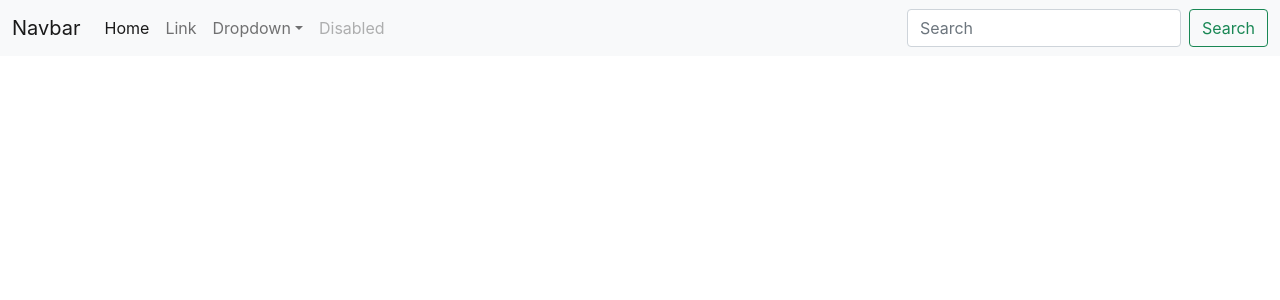
Repository: Sanjayjangra88/online_shop
Page: /products
The author's editor kept a copy of each file at every save. The page is drawn from the files as they stood at one save, then again after the next save.
The browser window is 1280 px wide. The pictures show the whole page.
The project was rebuilt for these pictures with package versions that can differ from the ones it lists, and the page was loaded fresh each time. Also part of the build but not shown: src/App.css.

Above is the page before, as saved 2022-03-29 19:08:38.

### public/index.html
<!DOCTYPE html>
<html lang="en">
  <head>
    <meta charset="utf-8" />
    <link rel="icon" href="%PUBLIC_URL%/favicon.ico" />
    <meta name="viewport" content="width=device-width, initial-scale=1" />
    <meta name="theme-color" content="#000000" />
    <meta
      name="description"
      content="Web site created using create-react-app"
    />
    <link rel="apple-touch-icon" href="%PUBLIC_URL%/logo192.png" />
    <!--
      manifest.json provides metadata used when your web app is installed on a
      user's mobile device or desktop. See https://developers.google.com/web/fundamentals/web-app-manifest/
    -->
    <link rel="manifest" href="%PUBLIC_URL%/manifest.json" />
    <link href="https://cdn.jsdelivr.net/npm/bootstrap@5.0.2/dist/css/bootstrap.min.css" rel="stylesheet" integrity="sha384-EVSTQN3/azprG1Anm3QDgpJLIm9Nao0Yz1ztcQTwFspd3yD65VohhpuuCOmLASjC" crossorigin="anonymous">
    <!--
      Notice the use of %PUBLIC_URL% in the tags above.
      It will be replaced with the URL of the `public` folder during the build.
      Only files inside the `public` folder can be referenced from the HTML.

      Unlike "/favicon.ico" or "favicon.ico", "%PUBLIC_URL%/favicon.ico" will
      work correctly both with client-side routing and a non-root public URL.
      Learn how to configure a non-root public URL by running `npm run build`.
    -->
    <title>STATE BANK OF SANJAY</title>
  </head>
  <body>
    <noscript>You need to enable JavaScript to run this app.</noscript>
    <div id="root"></div>
    <script src="https://cdn.jsdelivr.net/npm/bootstrap@5.0.2/dist/js/bootstrap.bundle.min.js" integrity="sha384-MrcW6ZMFYlzcLA8Nl+NtUVF0sA7MsXsP1UyJoMp4YLEuNSfAP+JcXn/tWtIaxVXM" crossorigin="anonymous"></script>
    <!--
      This HTML file is a template.
      If you open it directly in the browser, you will see an empty page.

      You can add webfonts, meta tags, or analytics to this file.
      The build step will place the bundled scripts into the <body> tag.

      To begin the development, run `npm start` or `yarn start`.
      To create a production bundle, use `npm run build` or `yarn build`.
    -->

  </body>
</html>

### src/index.js
import React from 'react';
import ReactDOM from 'react-dom';
import './index.css';
import App from './App';
import reportWebVitals from './reportWebVitals';
// import { Provider } from 'react-redux';
// import { store } from './State/store';

// ReactDOM.render(
//   <React.StrictMode>
//     {/* <Provider store={store}> */}
//     <App />
//     {/* </Provider> */}
//   </React.StrictMode>,
//   document.getElementById('root')
// );


ReactDOM.render(
  <React.StrictMode>
    <App />
  </React.StrictMode>,
  document.getElementById("root")
);


// If you want to start measuring performance in your app, pass a function
// to log results (for example: reportWebVitals(console.log))
// or send to an analytics endpoint. Learn more: https://bit.ly/CRA-vitals
reportWebVitals();

### src/App.js

import './App.css';
import Navbar from './components2/Navbar';



function App() {
  return (
    <>
  <Navbar/>
    </>
  );
}

export default App;

### src/components2/Navbar.js
import React from 'react'

function Navbar() {
  return (
    <div>
      <nav className="navbar navbar-expand-lg navbar-light bg-light">
  <div className="container-fluid">
    <a className="navbar-brand" href="#">Navbar</a>
    <button className="navbar-toggler" type="button" data-bs-toggle="collapse" data-bs-target="#navbarSupportedContent" aria-controls="navbarSupportedContent" aria-expanded="false" aria-label="Toggle navigation">
      <span className="navbar-toggler-icon"></span>
    </button>
    <div className="collapse navbar-collapse" id="navbarSupportedContent">
      <ul className="navbar-nav me-auto mb-2 mb-lg-0">
        <li className="nav-item">
          <a className="nav-link active" aria-current="page" href="#">Home</a>
        </li>
        <li className="nav-item">
          <a className="nav-link" href="#">Link</a>
        </li>
        <li className="nav-item dropdown">
          <a className="nav-link dropdown-toggle" href="#" id="navbarDropdown" role="button" data-bs-toggle="dropdown" aria-expanded="false">
            Dropdown
          </a>
          <ul className="dropdown-menu" aria-labelledby="navbarDropdown">
            <li><a className="dropdown-item" href="#">Action</a></li>
            <li><a className="dropdown-item" href="#">Another action</a></li>
            <li><hr className="dropdown-divider"/></li>
            <li><a className="dropdown-item" href="#">Something else here</a></li>
          </ul>
        </li>
        <li className="nav-item">
          <a className="nav-link disabled" href="#" tabIndex="-1" aria-disabled="true">Disabled</a>
        </li>
      </ul>
      <form className="d-flex">
        <input className="form-control me-2" type="search" placeholder="Search" aria-label="Search"/>
        <button className="btn btn-outline-success" type="submit">Search</button>
      </form>
    </div>
  </div>
</nav>
    </div>
  )
}

export default Navbar

Loaded but not shown: src/index.css (common file); src/reportWebVitals.js (common file)

After the next save:
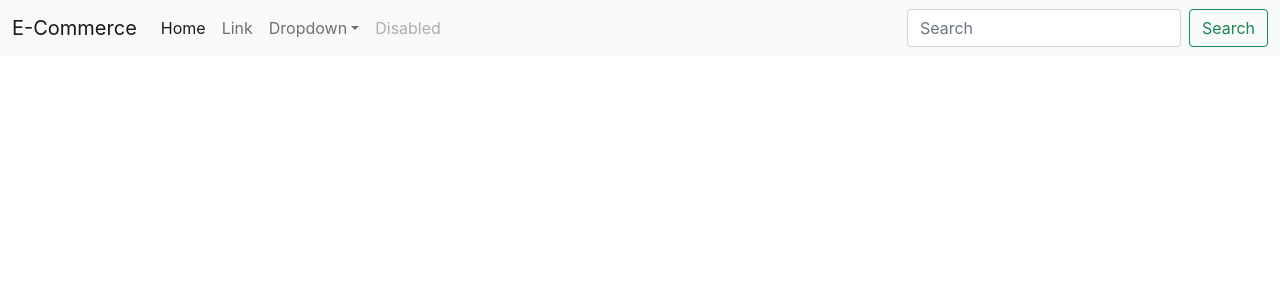
Saved 85 s later.
--- a/src/components2/Navbar.js
+++ b/src/components2/Navbar.js
@@ -5,7 +5,7 @@
     <div>
       <nav className="navbar navbar-expand-lg navbar-light bg-light">
   <div className="container-fluid">
-    <a className="navbar-brand" href="#">Navbar</a>
+    <a className="navbar-brand" href="#">E-Commerce</a>
     <button className="navbar-toggler" type="button" data-bs-toggle="collapse" data-bs-target="#navbarSupportedContent" aria-controls="navbarSupportedContent" aria-expanded="false" aria-label="Toggle navigation">
       <span className="navbar-toggler-icon"></span>
     </button>
